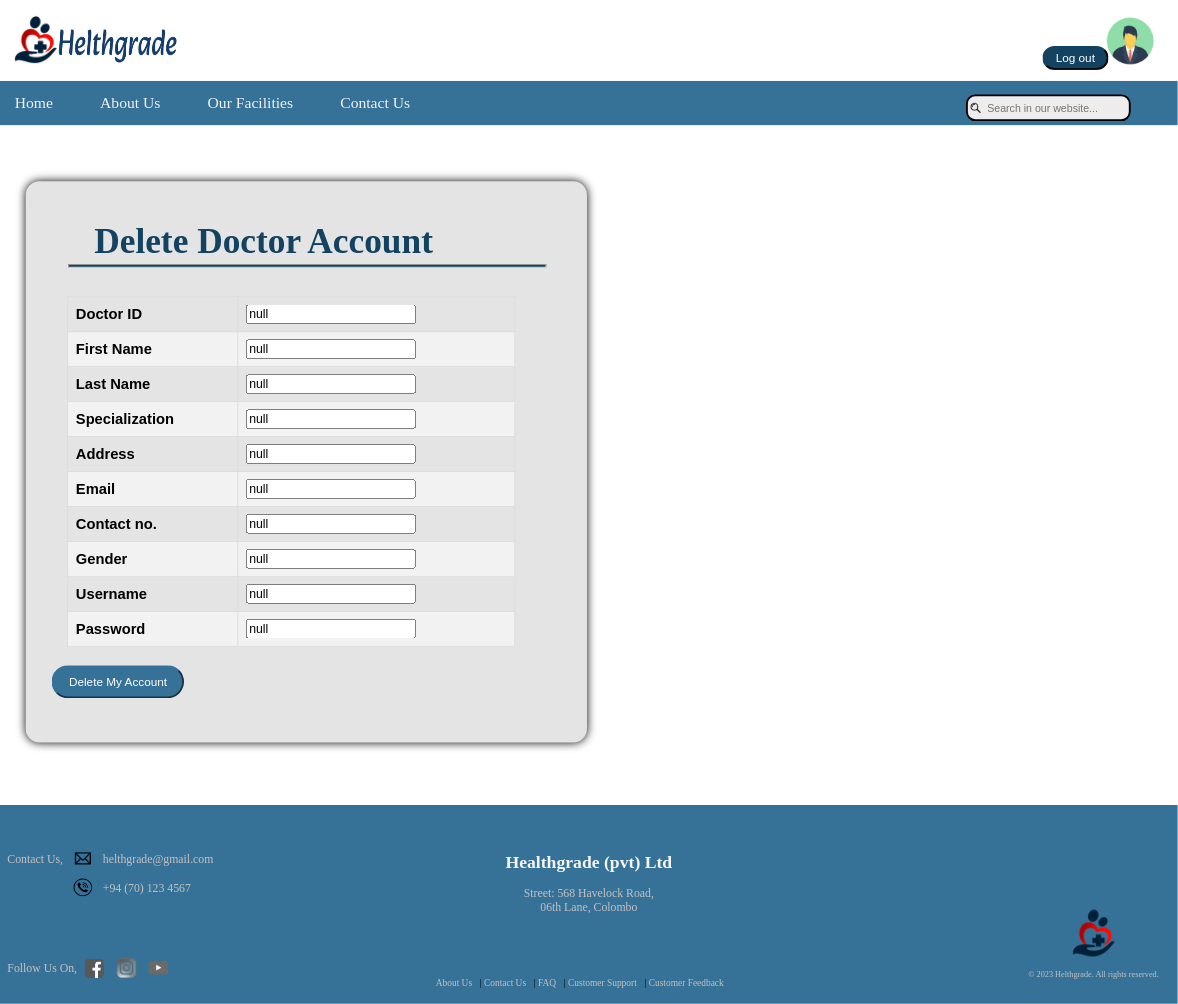
Repository: ILWijewardhana/echannelling-System
Page: http://localhost/echanneling/DeleteDoctor.jsp
An editor plug-in stored every save of this project. The page is shown before and after the next save, followed by the edit.
The browser window is 1280 px wide. The pictures show the whole page, at 92% of full size.
The page is served by Tomcat 9. Other server files are loaded and not shown.

Above is the page before, as saved 2024-05-13 18:12:25.

### echanneling/src/main/webapp/DeleteDoctor.jsp

<!DOCTYPE html>

<%@ page language="java" contentType="text/html; charset=ISO-8859-1"
    pageEncoding="ISO-8859-1"%>

<html>
<head>
<meta charset="ISO-8859-1">
<title>Delete Account</title>

	<link rel="stylesheet" href="CSS/doctor.css">
	</head>
  <body>



  <div class="login">
    <img src="Images/logo.png" id="logo" alt="channel logo">
    <img src="Images/title1.png" id="title" alt="channel title">
    <img src="Images/worker.png" id="pImg" alt="profile image">
  </div>
  <div class="Aname">
    <a href="Home.jsp" id="logout" ><button>Log out</button></a>
  </div>



<!--navigation bar-->
<div class="navBarDiv">
    <div class="topnav">
    <a href="Home.jsp">Home</a>
    <a href="aboutUs.jsp">About Us</a>
    <a href="ourfacility.jsp">Our Facilities</a>
    <a href="contactUs.jsp">Contact Us</a>
</div>

      <div class="search">
        <form style="height: 100%;" onsubmit="return false">
          <input type="search" placeholder="Search in our website..." id="searchBar" onsearch="search()">
          <img src="Images/search.png">
          <script src="JS/searchBar.js"></script>
          <input type="submit" id="searchSubmit">
        </form>
      </div>

    <div id="doc">
    <h1>Delete Doctor Account</h1>
    <hr>
    <%
    	String id =request.getParameter("id");
    	String fname =request.getParameter("fname");
    	String lname =request.getParameter("lname");
    	String specialization =request.getParameter("specialization");
    	String address =request.getParameter("address");
    	String email =request.getParameter("email");
    	String phone =request.getParameter("phone");
    	String gender =request.getParameter("gender");
    	String username =request.getParameter("uname");
    	String password =request.getParameter("Pwd");
    %>

    <table  style="width:90%">
        <tr>
            <th align="left">

            <form action="delete" method="post">
            	<table id="table" style="width:95%">

					<tr>
						<td>Doctor ID</td>
						<td><input type="text" name="docid" value="<%= id %>"readonly></td>
					</tr>
					<tr>
						<td>First Name</td>
						<td><input type="text" name="fname" value="<%= fname %>"readonly></td>
					</tr>
					<tr>
						<td>Last Name</td>
						<td><input type="text" name="lname" value="<%= lname %>"readonly></td>
					</tr>
					<tr>
						<td>Specialization</td>
						<td><input type="text" name="spec" value="<%= specialization %>"readonly></td>
					</tr>
					<tr>
						<td>Address</td>
						<td><input type="text" name="address" value="<%= address %>"readonly></td>
					</tr>
					<tr>
						<td>Email</td>
						<td><input type="text" name="email" value="<%= email %>"readonly></td>
					</tr>
					<tr>
						<td>Contact no.</td>
						<td><input type="text" name="phone" value="<%= phone %>"readonly></td>
					</tr>
					<tr>
						<td>Gender</td>
						<td><input type="text" name="gender" value="<%= gender %>"readonly></td>
					</tr>
					<tr>
						<td>Username</td>
						<td><input type="text" name="username" value="<%= username %>"readonly></td>
					</tr>
					<tr>
						<td>Password</td>
						<td><input type="text" name="pwd" value="<%= password %>"readonly></td>
					</tr>

				</table>

            </th>
        </tr>
        </table>
           <input type="submit" name="submit" class="button2" value="Delete My Account">
    </form>
    </div>

  		   <!--footer-->
    <footer>
        <br><br>
        <table width="30%" class="footerTable">
          <tr>
            <td width="20%">Contact Us,</td>
            <td width="10%"><img src="Images/email.png" width="80%"></td>
            <td style="white-space:nowrap; text-align: left;">helthgrade@gmail.com</td>
          </tr>
          <tr>
            <td></td>
            <td><img src="Images/phone.png" width="55%"></td>
            <td style="text-align: left;">+94 (70) 123 4567</td>
          </tr>
        </table><br><br><br>

        <table width="30%" class="footerTable footerTableHover">
          <tr>
            <td>Follow Us On,</td>
            <td width="10%"><a href="https://www.facebook.com/" target="_blank"><img src="Images/facebook.png" class="fb"></a></td>
            <td width="10%"><a href="https://www.instagram.com/" target="_blank"><img src="Images/insta.png" class="insta"></a></td>
            <td width="10%"><a href="https://www.youtube.com/" target="_blank"><img src="Images/youtube.png" class="yt"></a></td>

            <td width="60%"></td>
          </tr>
        </table><br>

        <div class="address">
          <h2>Healthgrade (pvt) Ltd</h2>
          <p>Street: 568 Havelock Road,<br>06th Lane, Colombo</p>
        </div>

        <div class="hyperLinks">
          <p>
            <a href="aboutUs.jsp">About Us</a> |
            <a href="contactUs.jsp">Contact Us</a> |
            <a href="FAQ.jsp">FAQ</a> |
            <a href="customerSupport.jsp">Customer Support</a> |
            <a href="#">Customer Feedback</a>
          </p>
        </div>
        <br><br>

        <div class="bottomLogo">
          <img src="Images/logo.png">
          <p>&copy; 2023 Helthgrade. All rights reserved.</p>
        </div>

      </footer>
    </body>
  </html>

### echanneling/src/main/webapp/CSS/doctor.css
@charset "ISO-8859-1";
body{
    margin: 0px;
    padding: 0px;
    background-color:white;


}

.background{
	position:absolute;
	top:15%;
	left:0%;
	width:100%;
	height:120%;
	background-image:url("../Images/bg.png");
	background-repeat: no-repeat;
	background-size: cover;
	z-index: -1;
	filter:blur(2px);
}

#logo{
    margin: 1%;
    position: absolute;
    margin-top: -1%;
    width: 6vw;
    margin-left: 0%;

}

#title{
    position: absolute;
    width: 10vw;
    margin-top: 1%;
    margin-left: 5%;
    margin-right: auto;
    height: 5%;

}

.login{
    margin-top: 1.5%;
}

#pImg {
    margin-right: 2%;
    width: 4%;
    float: right;
    margin-top:0%
  }
  .Aname h3{
    font-size: 1.3vw;
    text-align: right;
    font-family: Arial, Helvetica, sans-serif;
    margin-top:2%;
    color: #134360;
  }

  a{
    margin-right: 1.5%;
 }

 .Aname button{
    position: absolute;
    height: 3.5vh;
    width: 10vh;
    border-radius: 2vw;
    font-size: 1vw;
    color: white;
    background-color: #134360;
    cursor: pointer;
    transition: 1s;
    left: 88.5%;
    border-color:#134360 ;
    top: 7%;
  }
  .Aname button:hover {
    filter: drop-shadow(0 0 3px #000);
    transform: scale(1);
    transition: 1s;
  }

  /* navigation bar */

.topnav {
    margin-top: 4%;
    overflow: hidden;
    background-color: #367297;
  }

.topnav a {
    float: left;
    color: #f2f2f2;
    text-align: center;
    padding: 14px 16px;
    text-decoration: none;
    font-size: 17px;
  }

.topnav a:hover {
    background-color: #eeecec;
    color: black;
  }

.topnav a.active {
    background-color: #134360;
    color: white;
  }


/*search bar*/
.search {
    width: 14vw;
    height: 4vh;
    margin-left: 82%;
    margin-top: -1.5%;
    transform: translateY(-50%);
    transition: 1s;
  }

.search input {
    margin-bottom: 2%;
    border-color: black;
    background-color:#eeecec;
    border: 2px solid ;
    border-radius: 10px;
    padding-left: 12%;
    width: 100%;
    height: 100%;
    font-size: 1vw;
    transition: 1s;
    color: black;
  }
.search input::placeholder {

    font-size: .9vw;
  }

.search input::-ms-input-placeholder {
    color: grey;
  }

.search img {
    width: .9vw;
    position: absolute;
    left: 3%;
    top: 50%;
    transform: translateY(-50%);
  }

.search input[type=submit] {
    visibility: hidden;
  }

  #doc {
    border: 2px solid ;
    border-color: #e4e4e4;
    border-radius: 15px;
    width: 45%;
    height: 80vh;
    position: relative;
    margin-top: 4%;
    left: 26%;
    transform: translate(-50%);
    transition: 1s;
    background-color:#e4e4e4;
    padding: 15px;
    filter: drop-shadow(0px 0px 5px #000);
  }
  #doc h1 {
    font-size: 3vw;
    margin-left:10%;
    transition: 1s;
    color:#134360;
  }

  #doc hr{
     height:2px;
      width:90%;
     margin-left:5%;
      background-color: #134360;
      margin-top:-4%;
  }



  #table {
	  font-family: Arial, Helvetica, sans-serif;
	  border-collapse: collapse;
	  width: 100%;
	  border-radius:10px;
	  margin-left:5%;
	  margin-top:4%;
	}
	#table td, #doct th {
	  border: 1px solid #ddd;
	  padding: 8px;
	}
	#table tr:nth-child(even){background-color: #f2f2f2;}
	#table tr:hover {background-color: #ddd;}
	#table th {
	  padding-top: 12px;
	  padding-bottom: 12px;
	  text-align: left;
	  background-color: #04AA6D;
	  color: white;
	}

	.btn1{
	background-color: #367297;
	height: 5vh;
    width: 20vh;
    border-radius: 2vw;
    font-size: 1vw;
    color: white;
    border-color:#367297 ;
    transition: 1s;
	}

  .btn1:hover {
    filter: drop-shadow(0 0 3px #000);
    transform: scale(1);
    transition: 1s;
  }

  .button1{
	background-color: #367297;
	height: 5vh;
    width: 20vh;
    border-radius: 2vw;
    font-size: 1vw;
    color: white;
    border-color:#367297 ;
    transition: 1s;
	}

  .button1:hover {
    filter: drop-shadow(0 0 3px #000);
    transform: scale(1);
    transition: 1s;
  }

  .button2{
	background-color: #367297;
	height: 5vh;
    width: 20vh;
    border-radius: 2vw;
    font-size: 1vw;
    color: white;
    border-color:#367297 ;
    transition: 1s;
    margin-top:3%;
    margin-left:2%;
	}

  .button2:hover {
    filter: drop-shadow(0 0 3px #000);
    transform: scale(1);
    transition: 1s;
  }

   /* footer */

footer {
    display: block;
    box-sizing: border-box;
    position: relative;
    padding: 5px 5px 0px 5px;
    left: 0px;
    right: 0px;
    bottom: -10px;
    margin-top: 8vh;
    overflow: hidden;
    width: 100%;
    background-color: #367297;
    height: 30vh;
  }
  .footerTable td {
    font-size: 105%;
    font-size: 1vw;
    margin-top: 5vh;
    color: rgb(197, 193, 193);
  }
  .footerTable tr td {
    text-align: center;
    margin-top: 4vh;
  }
  .footerTable td:first-child {
    width: 1%;
    white-space: nowrap;
  }
  .socials {
    position: absolute;
    margin-top: -2.1%;
    margin-left: 4%;
  }
  .fb {
    margin-top: 10%;
    width: 70%;
    border-radius: 5px;
  }
  .insta {
    margin-top: 10%;
    width: 70%;
  }
  .yt {
    margin-top: 10%;
    width: 80%;
  }
  .tiktok {
    margin-top: 10%;
    width: 70%;
    border-radius: 5px;
  }
  .footerTableHover img:hover {
    transform: scale(110%);
    filter: drop-shadow(0px 0px 1px #000);
  }
  .address {
    position: absolute;
    top: 32%;
    left: 50%;
    transform: translate(-50%, -50%);
    text-align: center;
  }
  .address h2 {
    margin-top: 25%;
    font-size: 1.5vw;
    color:whitesmoke;
  }
  .address p {
    font-size: 1vw;
    color: rgb(197, 193, 193);
  }
  .hyperLinks {
    position: absolute;
    font-size: .8vw;
    top: 90%;
    left: 52%;
    transform: translate(-50%, -50%);
    width: 30%;
  }
  .hyperLinks p a {
    text-decoration: none;
    color: rgb(197, 193, 193);
  }
  .hyperLinks p a:hover {
    color:black;
  }
  .hyperLinks .currentFooter {
    font-weight: bold;
  }
  .hyperLinks .currentFooter:hover {
    cursor: default;
  }
  .bottomLogo {
    padding: 5px;
    position: absolute;
    right: 0;
    width: 15vw;
    height: fit-content;
    top: 50%;
    transform: translate(0, -45%);
  }
  .bottomLogo img {
    position: relative;
    width: 40%;
    margin-top: 35%;
    left: 35%;
  }
  .bottomLogo p {
    position: relative;
    font-size: .7vw;
    text-align: center;
    margin-top: -2%;
    color: rgb(197, 193, 193);
    left: 5%;
  }

### echanneling/src/main/webapp/JS/searchBar.js
/**
 *
 */function search()
{
    var text = document.getElementById("searchBar").value;
    text = text.toLowerCase();
    if(text == 'home')
    {
        window.location = "../HTML/Home.html";
    }
    else if(text == 'our work')
    {
        window.location = "../HTML/ourWork.html";
    }
    else if(text == 'admin login')
    {
        window.location = "../HTML/adminLogin.html";
    }
    else if(text == 'employee login')
    {
        window.location = "../HTML/employeeLogin.html";
    }
    else if(text == 'login')
    {
        window.location = "../HTML/login.html";
    }
    else if(text == 'customer support')
    {
        window.location = "../HTML/customerSupport.html";
    }
    else if(text == 'feedback')
    {
        window.location = "../HTML/feedback.php";
    }
    else if(text == 'what we do')
    {
        window.location = "../HTML/whatWeDo.html";
    }
    else if(text == 'about us' || text == 'who we are')
    {
        window.location = "../HTML/aboutUs.html";
    }
    else if(text == 'contact us')
    {
        window.location = "../HTML/contactUs.html";
    }
    else if(text == 'faq')
    {
        window.location = "../HTML/FAQ.html";
    }
    else if(text == 'register')
    {
        window.location = "../HTML/register.html";
    }
    else
    {
        alert("No such webpage available. Try 'home'");
    }
    console.log(text);
}

After the next save:
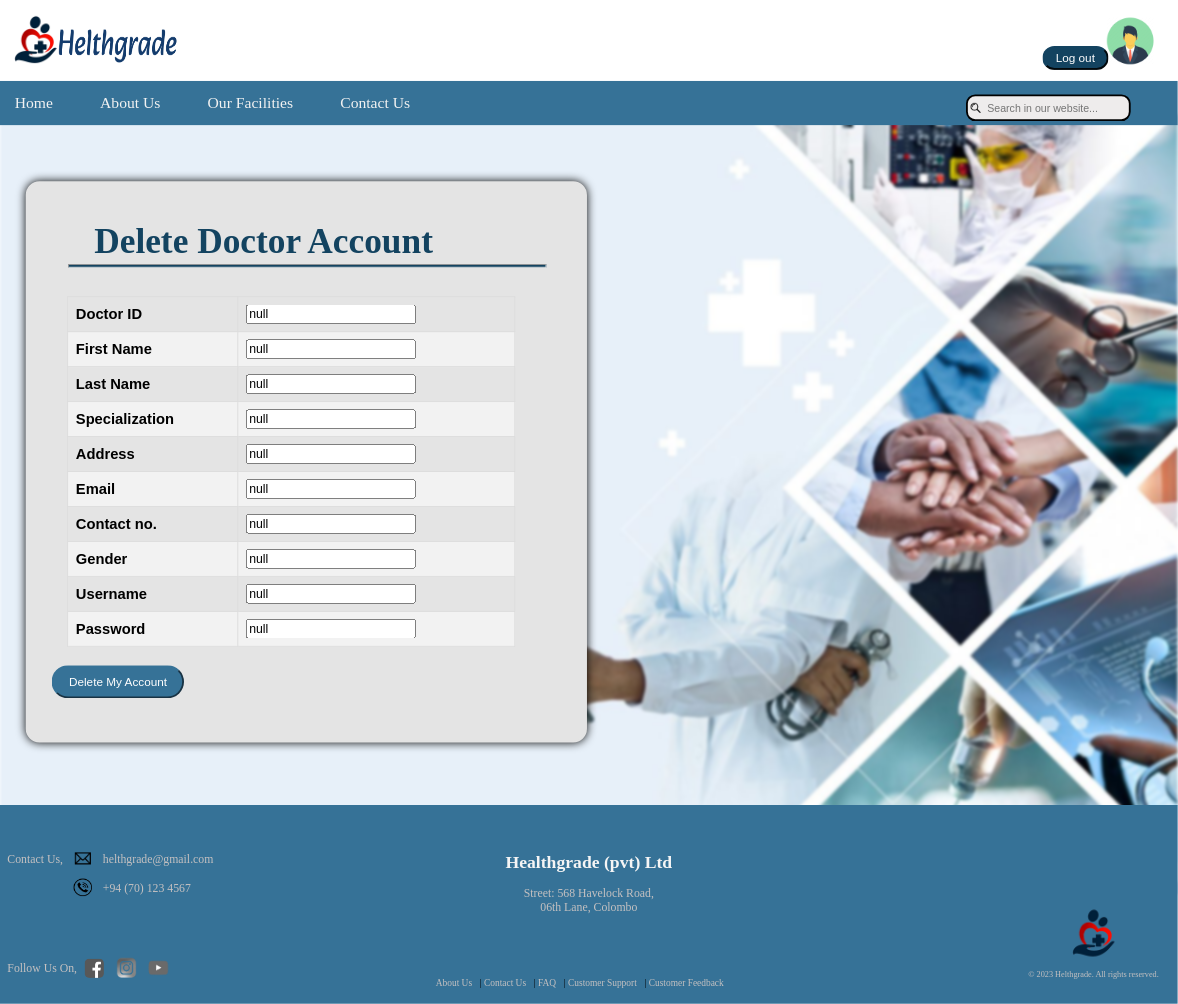
Saved 63 s later.
--- a/echanneling/src/main/webapp/DeleteDoctor.jsp
+++ b/echanneling/src/main/webapp/DeleteDoctor.jsp
@@ -13,7 +13,8 @@
 	</head>
   <body>
 
-
+  <div class="background">
+  </div>
 
   <div class="login">
     <img src="Images/logo.png" id="logo" alt="channel logo">
